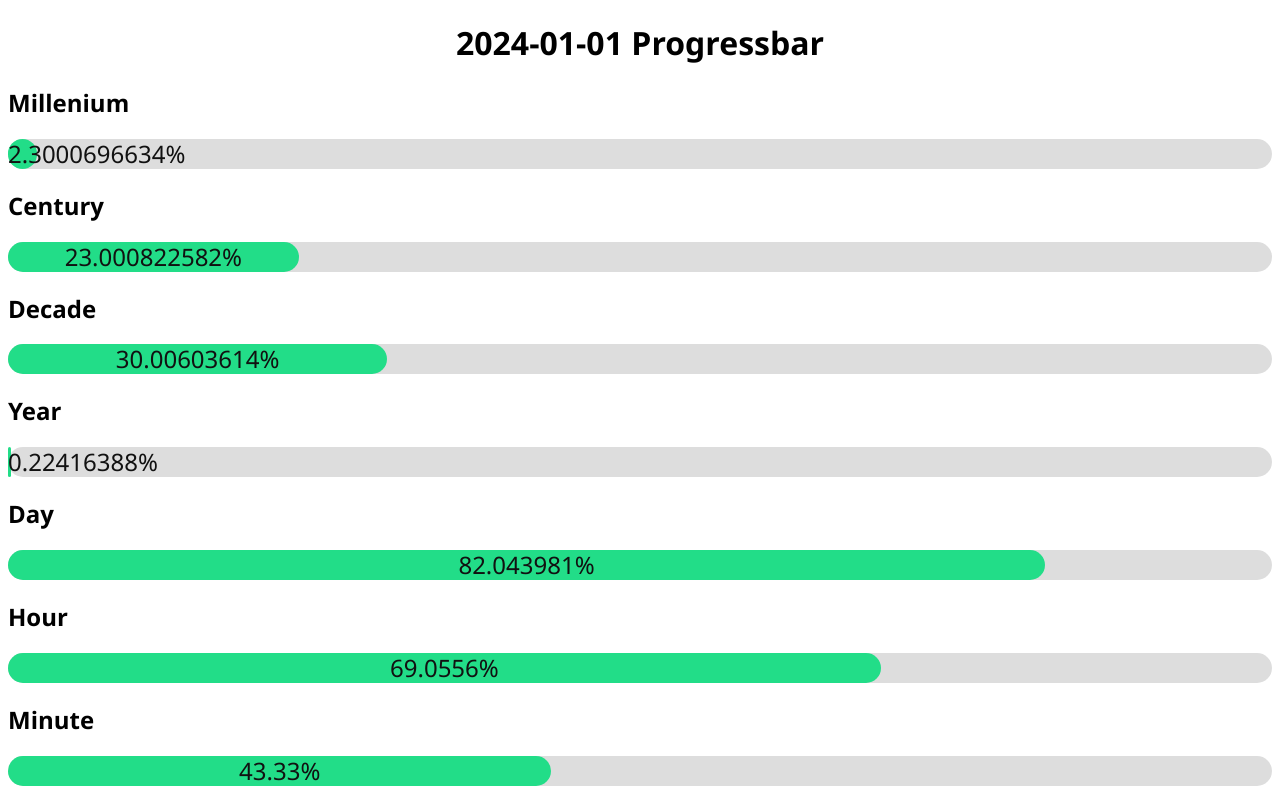
Repository: end888160/end888160.github.io
Page: progress_clock2.html
The author's editor kept a copy of each file at every save. The page is drawn from the files as they stood at one save, then again after the next save.
The browser window is 1280 px wide. The pictures show the whole page.

Above is the page before, as saved 2024-09-23 22:53:36.

After the next save:
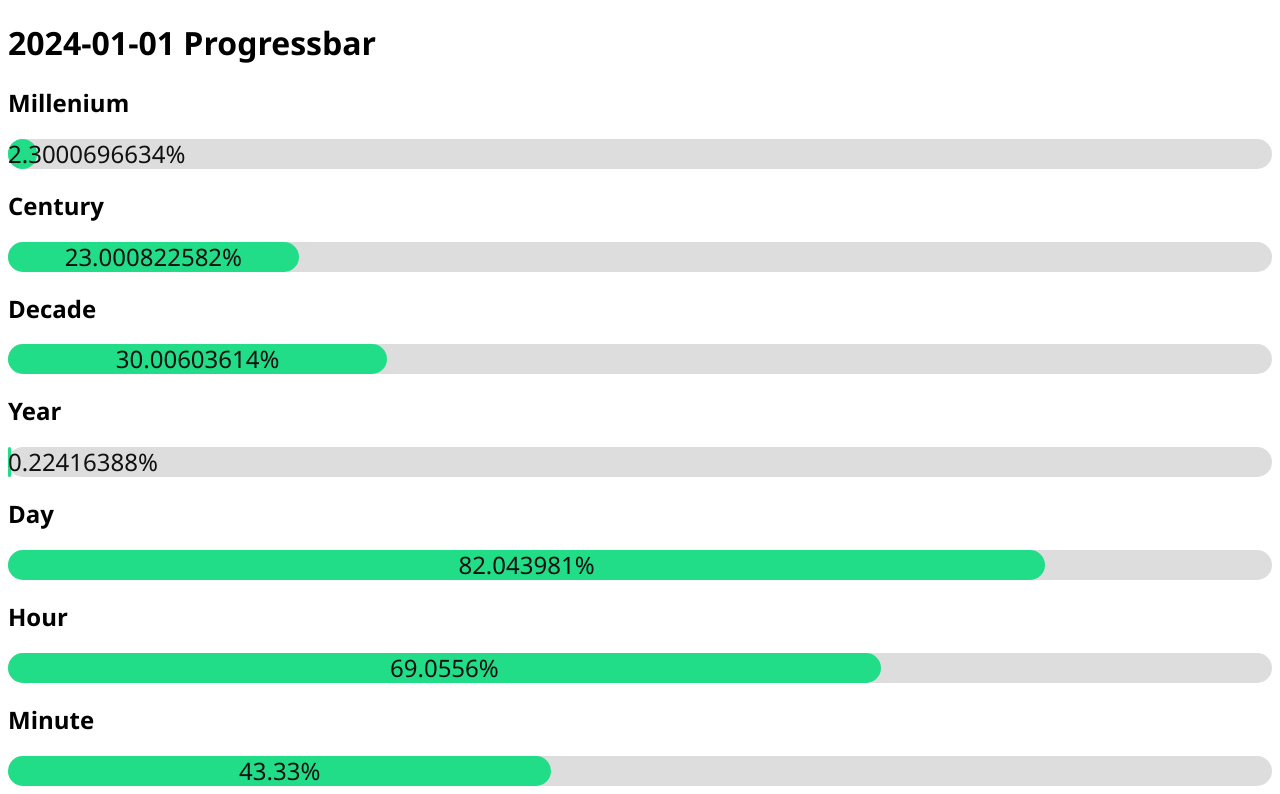
Saved 12 days later.
--- a/progress_clock2.html
+++ b/progress_clock2.html
@@ -1,5 +1,7 @@
 <!DOCTYPE html>
-<html>
+<meta charset="utf-8">
+<meta name="viewport" content="width=device-width, initial-scale=1.0">
+<html lang="en">
 	<title>Progressbar Clock</title>
 <style>
 	html {
@@ -54,6 +56,7 @@
 		}
 		h1 {
 			font-size: 8vw;
+			text-align: center;
 		}
 		h2 {
 			font-size: 6vw;
@@ -62,7 +65,7 @@
 </style>
 <body>
 
-<h1 id="caption" style="text-align: center;"></h1>
+<h1 id="caption"></h1>
 
 <h2>Millenium</h2>
 <div id="millenium" class="countDownProgress">
